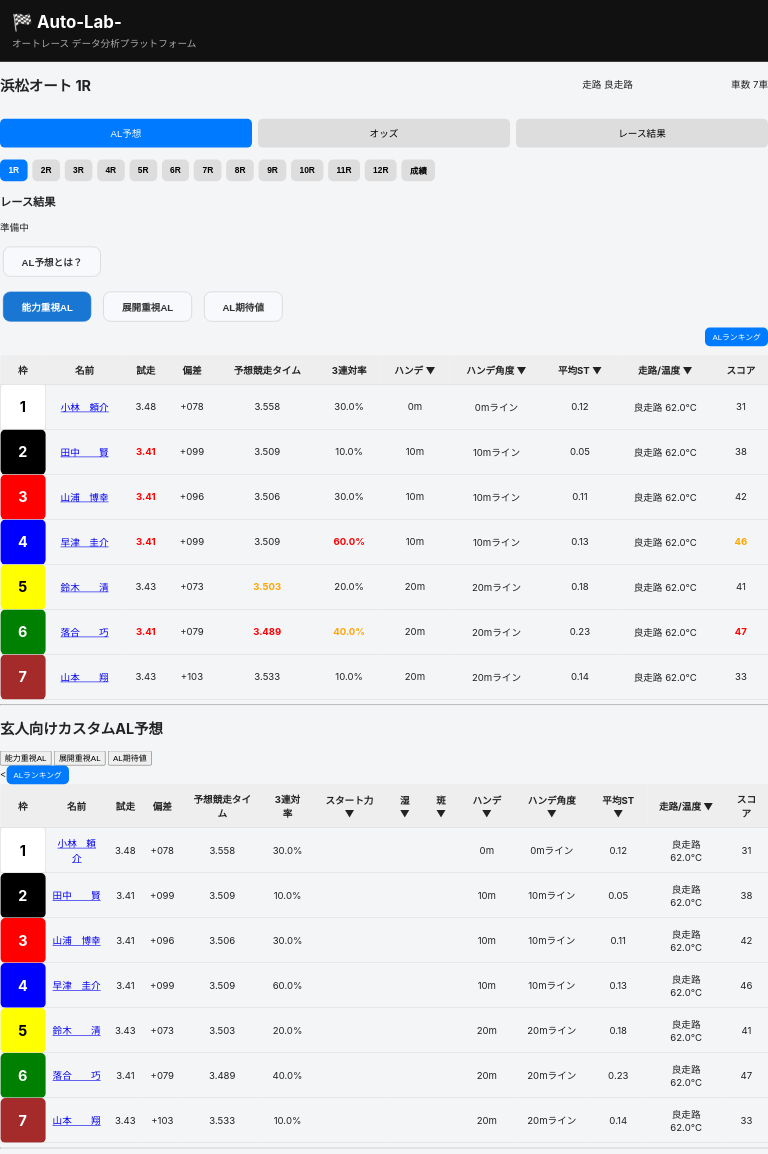
Repository: autorace-lab/Auto-Lab--main
Page: race.html
These files come from the project's save history. The page is drawn as it stood at one moment and after the next save; the edit follows.
The browser window is 1280 px wide. The pictures show the whole page, at 60% of full size.

Above is the page before, as saved 2026-08-07 22:33:54.

After the next save:
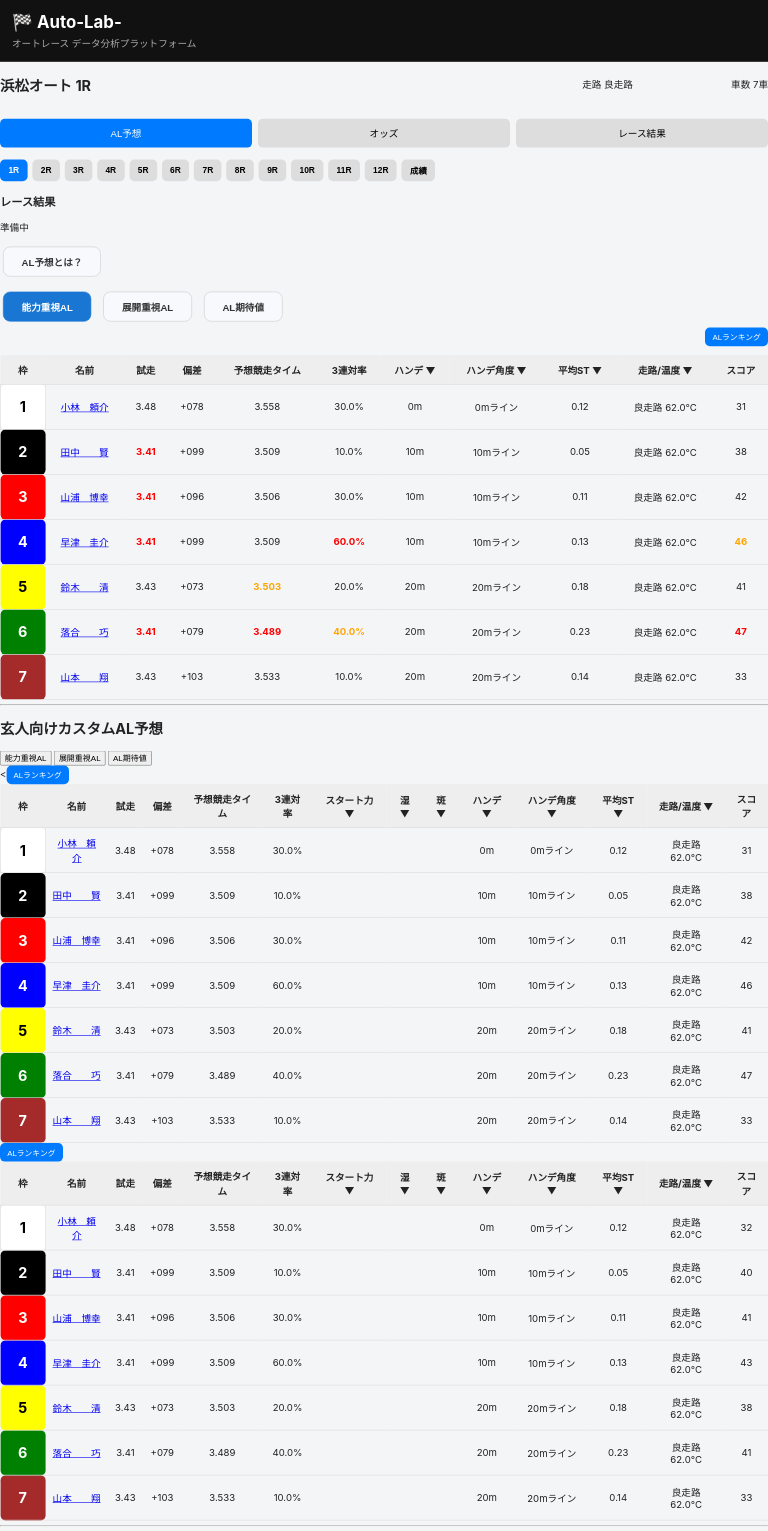
Saved 9 min 19 s later.
--- a/race.html
+++ b/race.html
@@ -474,10 +474,7 @@ onclick="toggleHandicapAngle()">
 
 </div>
 
-<div id="expectationArea" class="al-page" style="display:none;">
-
-<div class="al-header">
-
+<div id="customDevelopment" class="custom-al-page">
   <button class="rank-btn"
 id="customDevelopmentRankBtn"
 onclick="toggleCustomDevelopmentRank()">
@@ -571,14 +568,7 @@ onclick="toggleCustomExpectationRank()">
     </table>
 </div>
 
-<div id="customExpectation"
-     class="custom-al-page"
-     style="display:none;">
-    <table>
-        <thead></thead>
-        <tbody id="customExpectationTable"></tbody>
-    </table>
-</div>
+
 
 <script src="script.js"></script>
 
